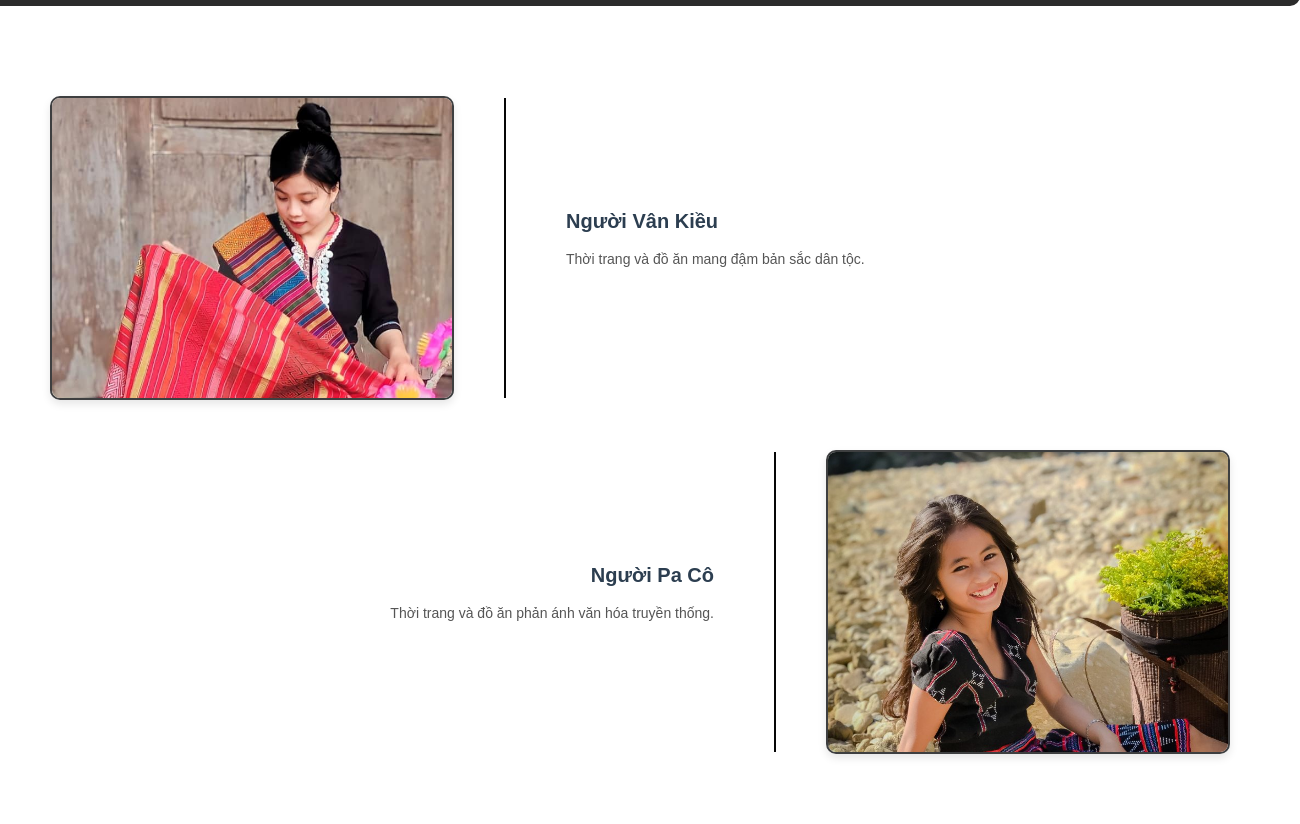
Repository: DangVai/LocalProduct
Page: Views/frontend/test.html
These files come from the project's save history. The page is drawn as it stood at one moment and after a run of saves; the edit follows.
The browser window is 1280 px wide. The page is 1300 px wide, so the pictures cover 1300 px, including what lies to the right of the window. The pictures show the part of the page from y = 1385 to 2309 px (the page is 2209 px tall before and 2309 px after).
Pictures or frames that could not be fetched are drawn as grey boxes.

Above is the page before, as saved 2024-12-19 11:01:15.

### Views/frontend/test.html
<!DOCTYPE html>
<html lang="en">

<head>
    <meta charset="UTF-8">
    <meta name="viewport" content="width=device-width, initial-scale=1.0">
    <title>Dynamic Banner</title>
    <style>
        body {
            margin: 0;
            font-family: Arial, sans-serif;
        }

        .container-Home {
            background-color: white;
            width: 100%;
            min-height: 100vh;
            display: flex;
            flex-direction: column;
            align-items: center;
        }

        .text-run {
            width: 100%;
            height: 50px;
            overflow: hidden;
            background: rgb(113, 74, 74);
            white-space: nowrap;
            box-sizing: border-box;
            margin-bottom: 0px;
            text-align: center;
        }

        .text-run span {
            display: inline-block;
            padding-left: 100%;
            animation: marquee 10s linear infinite;
            font-size: 15px;
            padding-top: 18px;
            font-weight: bold;
            color: white;
        }

        @keyframes marquee {
            0% {
                transform: translateX(0);
            }
            100% {
                transform: translateX(-100%);
            }
        }

        .banner {
            position: relative;
            width: 100%;
            height: 600px;
            display: flex;
            justify-content: center;
            align-items: center;
        }

        .banner img {
            width: 100%;
            height: 100%;
            object-fit: cover;
            box-shadow: 10px 10px 15px rgba(0, 0, 0, 0.5);
        }

        .img-sliders {
            width: 100%;
            height: 250px;
            margin-top: 20px;
            margin-bottom: 20px;
            display: flex;
            justify-content: space-between;
            gap: 15px;
        }

        .slider-container {
            flex: 1;
            overflow: hidden;
            border: 2px solid #ddd;
            border-radius: 10px;
        }

        .slides {
            display: flex;
            transition: transform 0.5s ease-in-out;
        }

        .slide {
            width: 100%;
            flex-shrink: 0;
            object-fit: cover;
        }

        .header {
            top: 0;
            left: 0;
            display: flex;
            width: 100%;
            height: 200px;
            align-items: center;
            position: fixed;
            z-index: 4;
            box-shadow: 0 6px 8px rgba(0, 0, 0, 0.1);
            background-color: white;
        }

        .box_logo {
            width: 20%;
            display: flex;
            align-items: center;
        }

        .box_logo img {
            position: absolute;
            top: 10px;
            left: 30px;
            width: 170px;
            height: 160px;
            z-index: 10;
            margin-right: 100px;
        }

        .nav {
            width: 40%;
            height: 45%;
            display: flex;
            margin-right: 200px;
            justify-content: center;
            align-items: center;
            justify-content: space-evenly;
            border-radius: 10px;
            font-size: 40px;
            color: black;
            box-shadow: 0 6px 8px rgba(0, 0, 0, 0.1);
            background-color: rgba(163, 116, 116, 0.667);
        }

        .nav p {
            cursor: pointer;
        }

        .nav p:hover {
            font-size: 30px;
        }
        /* Sreach  */

        .searchHome {
            display: flex;
            align-items: center;
            justify-content: center;
            background-color: white;
            border: 2px black solid;
            box-shadow: 0 6px 8px rgba(0, 0, 0, 0.1);
            padding: 10px;
            border-radius: 20px;
            width: 450px;
            height: 20%;
        }

        .searchInput {
            flex: 1;
            border: none;
            padding: 5px 10px;
            font-size: 30px;
            outline: none;
        }

        .searchButton {
            border: none;
            background-color: #ffffff;
            color: white;
            padding: 5px 15px;
            border-radius: 0 5px 5px 0;
            cursor: pointer;
            height: 40px;
            width: 40px;
        }

        .searchButton:hover {
            background-color: #fcfeff;
        }
        /* end search */

        .account {
            width: 4%;
            display: flex;
            align-items: center;
            justify-content: center;
        }

        .box-account {
            border: 2px solid rgb(6, 6, 6);
            width: 70px;
            height: 50px;
            display: flex;
            align-items: center;
            justify-content: center;
            border-radius: 50%;
            margin-left: 100px;
        }

        .box-account i {
            font-size: 35px;
            color: white;
            cursor: pointer;
        }

        a {
            text-decoration: none;
            color: #fff;
        }

        .categories {
            width: 100%;
            display: flex;
            justify-content: space-between;
            gap: 20px;
            margin: 20px;
            background-color: #2b2b2b;
            padding: 20px;
            border-radius: 10px;
        }

        .page {
            flex: 1;
            background-color: white;
            border-radius: 8px;
            padding: 10px;
            margin: 10px 30px 10px 30px;
            box-shadow: 0 4px 8px rgba(0, 0, 0, 0.1);
            text-align: center;
        }

        .page p {
            font-size: 20px;
            font-weight: bold;
            margin-bottom: 10px;
            color: #6b5925;
        }

        .slider {
            position: relative;
            display: flex;
            align-items: center;
            margin-bottom: 10px;
        }

        .images {
            display: flex;
            overflow: hidden;
            width: 100%;
            gap: 25px;
        }

        .images img {
            width: 100%;
            height: 250px;
            /* margin-left: 0px; */
            object-fit: cover;
            border-radius: 5px;
        }

        button.explore-btn {
            background-color: #6b5925;
            color: white;
            border: none;
            padding: 10px 20px;
            font-size: 16px;
            border-radius: 5px;
            cursor: pointer;
        }

        button.explore-btn a {
            text-decoration: none;
            color: white;
        }

        button.explore-btn:hover {
            background-color: #52451d;
        }

        button.prev:hover,
        button.next:hover {
            background-color: #52451d;
        }
        /* Giới thiệu : */
        /* Bố cục chính */
        /* Tổng thể bố cục */

        .introduce {
            margin-top: 50px;
            width: 100%;
            display: flex;
            flex-direction: column;
            /* Chia theo chiều dọc */
            gap: 50px;
            /* Khoảng cách giữa các phần */
            padding: 20px;
            margin-bottom: 50px;
        }
        /* Phần chung cho vk và pc */

        .vk,
        .pc {
            display: flex;
            flex-direction: row;
            align-items: center;
            justify-content: space-between;
            gap: 50px;
            width: 100%;
        }
        /* Hình ảnh */

        .pc img {
            width: 400px;
            height: 300px;
            border-radius: 10px;
            border: 2px solid #3e3f40;
            object-fit: cover;
            /* Đảm bảo hình ảnh không bị méo */
            box-shadow: 0 4px 8px rgba(0, 0, 0, 0.1);
            margin-right: 50px
        }

        .vk img {
            width: 400px;
            height: 300px;
            border-radius: 10px;
            border: 2px solid #3e3f40;
            object-fit: cover;
            /* Đảm bảo hình ảnh không bị méo */
            box-shadow: 0 4px 8px rgba(0, 0, 0, 0.1);
            margin-left: 50px;
        }
        /* Gạch dọc */

        .vk .gach,
        .pc .gach {
            width: 2px;
            height: 300px;
            background-color: #070707;
        }

        .vk-text {
            flex: 1;
            padding: 0 10px;
            text-align: left;
        }

        .pc-text {
            flex: 1;
            padding: 0 10px;
            text-align: right;
        }

        .vk-text h3,
        .pc-text h3 {
            font-size: 20px;
            color: #2c3e50;
            margin: 0 0 10px;
        }

        .vk-text p,
        .pc-text p {
            font-size: 14px;
            color: #555;
            line-height: 1.8;
        }
        /* Đảm bảo phần giới thiệu không bị lỗi chiều cao */

        .vk,
        .pc {
            min-height: 300px;
        }
    </style>
</head>

<body>

    <div class="header">
        <!-- Logo -->
        <div class="box_logo">
            <img src="/public/images/logo.jpg" alt="logo">
        </div>

        <!-- Navigation Menu -->
        <div class="nav">
            <p><b>Home</b></p>
            <p><b>Thời Trang</b></p>
            <p><b>Ẩm thực</b></p>
            <p><b>Khác</b></p>
        </div>

        <!-- Search -->
        <div class="searchHome">
            <input type="text" placeholder="Tìm kiếm..." class="searchInput">
            <button class="searchButton">
                🔍
    </button>
        </div>

        <!-- User Account -->
        <div class="account">
            <div class="box-account">
                <i class="fa-regular fa-user"></i>
            </div>
        </div>

        <!-- User Name and Dropdown Menu -->
        <div class="name-user">
            <p>
                <p>John Doe</p>
            </p>
            <div class="dropdown-menu" id="account-menu">
                <div>
                    <a href="#"><i class="fas fa-user fa-sm fa-fw mr-2 text-gray-400"></i> Profile</a>
                </div>

                <div>
                    <a href="#"><i class="fas fa-sign-in-alt fa-sm fa-fw mr-2 text-gray-400"></i> Log in</a>
                </div>
                <div>
                    <a href="#"><i class="fas fa-sign-out-alt fa-sm fa-fw mr-2 text-gray-400"></i> Log out</a>
                </div>
            </div>
        </div>
    </div>

    <div class="container-Home">
        <!-- Chữ chạy -->
        <div class="text-run">
            <span>Chào mừng bạn đến với cửa hàng thời trang Vân Kiều và Pa Cô! Khám phá các sản phẩm đặc sắc ngay hôm nay!</span>
        </div>

        <!-- Banner -->
        <div class="banner">
            <img src="/public/images/Vân Kiều - Pa Cô.png" alt="Banner">
        </div>

        <!-- Các mục hình ảnh -->
        <div class="img-sliders">
            <!-- Slider 1 -->
            <div class="slider-container">
                <div class="slides" id="slider1">
                    <img src="/public/images/R.jpg" class="slide" alt="Slide 1">
                    <img src="/public/images/slide2.jpg" class="slide" alt="Slide 2">
                    <img src="/public/images/slide3.jpg" class="slide" alt="Slide 3">
                </div>
            </div>

            <!-- Slider 2 -->
            <div class="slider-container">
                <div class="slides" id="slider2">
                    <img src="/public/images/slide3.jpg" class="slide" alt="Slide 1">
                    <img src="/public/images/R.jpg" class="slide" alt="Slide 2">
                    <img src="/public/images/slide2.jpg" class="slide" alt="Slide 3">
                </div>
            </div>

            <!-- Slider 3 -->
            <div class="slider-container">
                <div class="slides" id="slider3">
                    <img src="/public/images/slide2.jpg" class="slide" alt="Slide 1">
                    <img src="/public/images/slide3.jpg" class="slide" alt="Slide 2">
                    <img src="/public/images/R.jpg" class="slide" alt="Slide 3">
                </div>
            </div>
        </div>
        <div class="categories">
            <div class="page">
                <p>National Costume</p>
                <div class="slider">
                    <div class="images">
                        <img src="/public/images/slide2.jpg" alt="Costume 1">
                    </div>
                </div>
                <button class="explore-btn"><a href="#">Explore now</a></button>
            </div>
            <div class="page">
                <p>Cuisine</p>
                <div class="slider">
                    <div class="images">
                        <img src="/public/images/slide2.jpg" alt="Cuisine 1">
                    </div>
                </div>
                <button class="explore-btn"><a href="#">Explore now</a></button>
            </div>
            <div class="page">
                <p>Other Products</p>
                <div class="slider">
                    <div class="images">
                        <img src="/public/images/slide2.jpg" alt="Other 1">
                    </div>
                </div>
                <button class="explore-btn"><a href="#">Explore now</a></button>
            </div>
        </div>
        <div class="introduce">
            <div class="vk">
                <img src="/public/images/Chị Huyền.jpg" alt="Người Vân Kiều" class="vkimg">
                <div class="gach"></div>
                <div class="vk-text">
                    <h3>Người Vân Kiều</h3>
                    <p>Thời trang và đồ ăn mang đậm bản sắc dân tộc.</p>
                </div>
            </div>
            <div class="pc">
                <div class="pc-text">
                    <h3>Người Pa Cô</h3>
                    <p>Thời trang và đồ ăn phản ánh văn hóa truyền thống.</p>
                </div>
                <div class="gach"></div>
                <img src="/public/images/khánh Huyền.jpg" alt="Người Pa Cô" class="pcimg">
            </div>
        </div>

    </div>


    <script>
        function autoSlide(sliderId) {
            const slides = document.querySelector(`#${sliderId}`);
            const totalSlides = slides.children.length;
            let currentSlide = 0;

            setInterval(() => {
                currentSlide = (currentSlide + 1) % totalSlides;
                const offset = -currentSlide * 100;
                slides.style.transform = `translateX(${offset}%)`;
            }, 3000); // Thay đổi ảnh sau mỗi 3 giây
        }

        autoSlide('slider1');
        autoSlide('slider2');
        autoSlide('slider3');
    </script>
</body>

</html>

After the next 3 saves:
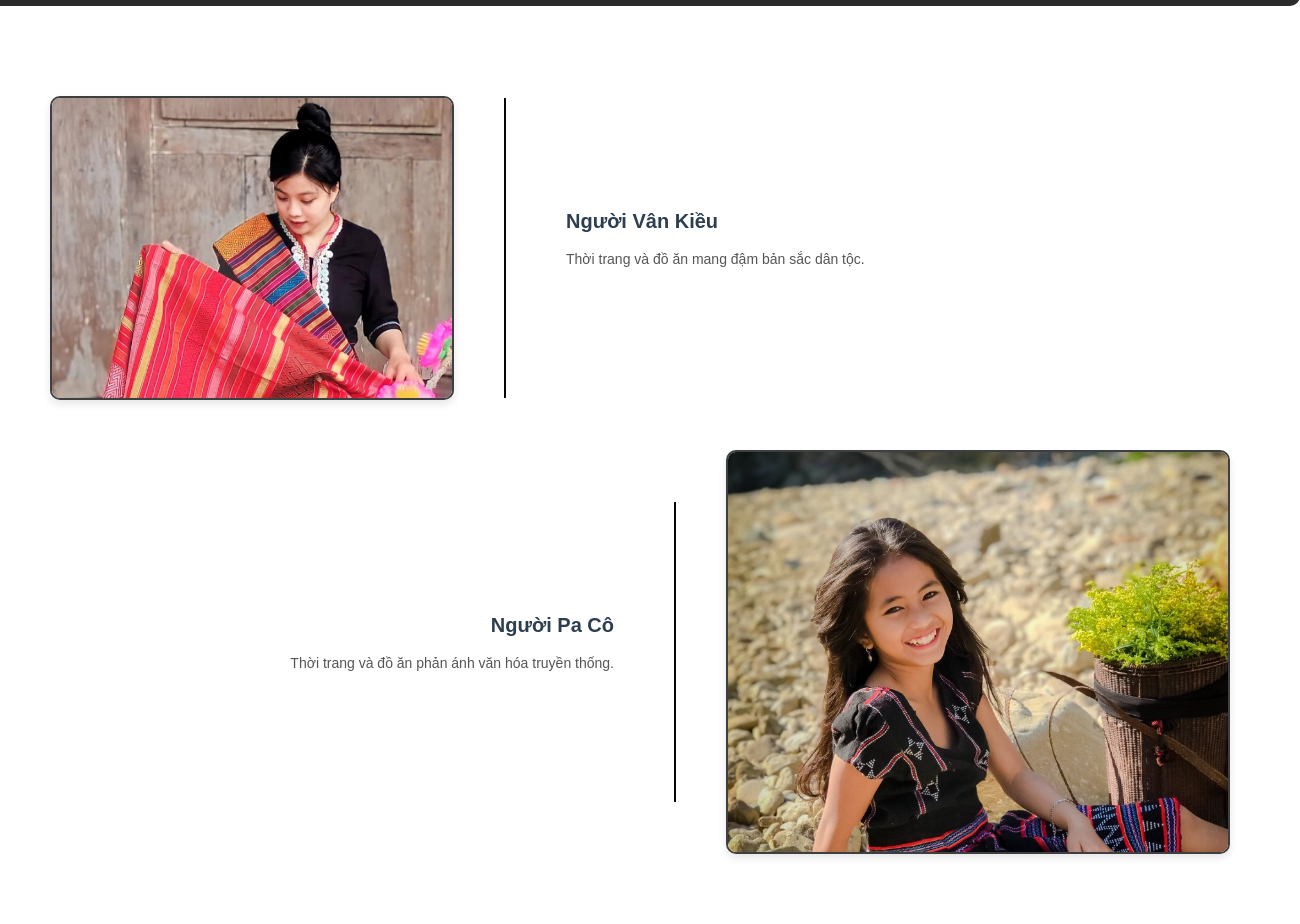
The 3 saves are shown as one change because they came seconds apart.
The last was saved 17 s later.
--- a/Views/frontend/test.html
+++ b/Views/frontend/test.html
@@ -315,8 +315,8 @@
         /* Hình ảnh */
 
         .pc img {
-            width: 400px;
-            height: 300px;
+            width: 500px;
+            height: 400px;
             border-radius: 10px;
             border: 2px solid #3e3f40;
             object-fit: cover;
